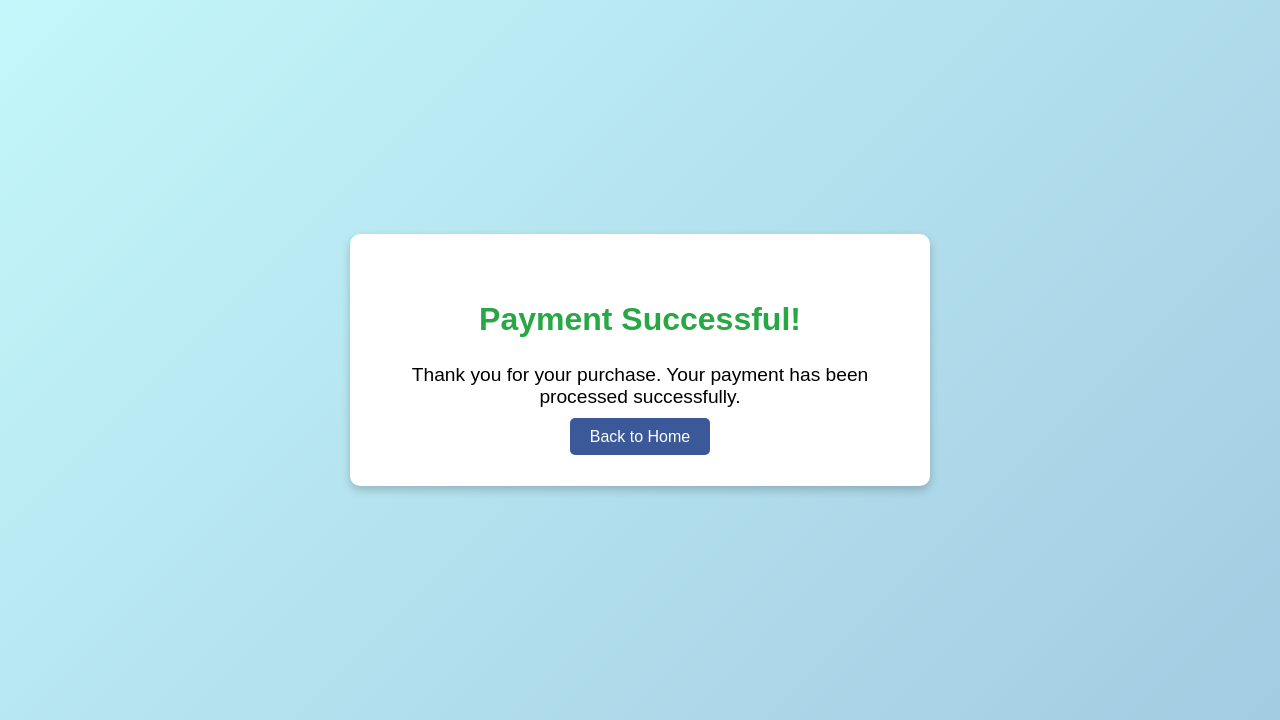
Repository: Masood395/Food-App
Page: http://localhost/FoodApp/paymentConfirmation.jsp
The author's editor kept a copy of each file at every save. The page is drawn from the files as they stood at one save, then again after the next save.
The browser window is 1280 px wide. The pictures show the whole page.
The page is served by Tomcat 9.

Above is the page before, as saved 2024-11-20 08:51:04.

After the next save:
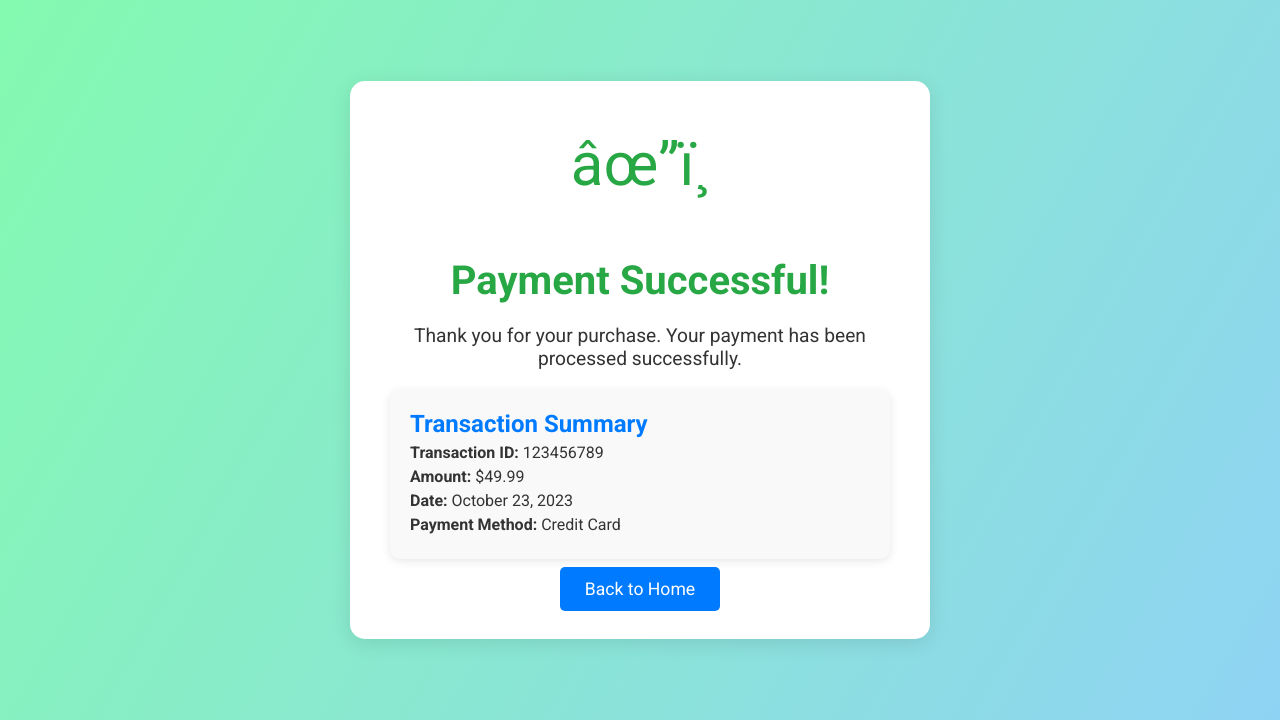
Saved 86 s later.
--- a/FoodApp/src/main/webapp/paymentConfirmation.jsp
+++ b/FoodApp/src/main/webapp/paymentConfirmation.jsp
@@ -3,6 +3,7 @@
 <head>
     <meta charset="UTF-8">
     <title>Payment Confirmation</title>
+    <link href="https://fonts.googleapis.com/css2?family=Roboto:wght@400;700&display=swap" rel="stylesheet">
     <style>
         /* Styling for confirmation page */
         body {
@@ -11,51 +12,118 @@
             align-items: center;
             height: 100vh;
             margin: 0;
-            background: linear-gradient(135deg, #c3f7fa, #a3cbe2);
-            font-family: Arial, sans-serif;
+            background: linear-gradient(120deg, #84fab0, #8fd3f4);
+            font-family: 'Roboto', sans-serif;
+            animation: fadeIn 1s ease-in;
+        }
+
+        @keyframes fadeIn {
+            from { opacity: 0; }
+            to { opacity: 1; }
         }
 
         .confirmation-container {
             background: white;
             padding: 40px;
-            border-radius: 10px;
-            box-shadow: 0 4px 10px rgba(0, 0, 0, 0.2);
+            border-radius: 15px;
+            box-shadow: 0 4px 20px rgba(0, 0, 0, 0.1);
             text-align: center;
             max-width: 500px;
             width: 100%;
+            position: relative;
         }
 
         .confirmation-container h2 {
             color: #28a745;
-            font-size: 2em;
+            font-size: 2.5em;
+            margin-bottom: 10px;
+            animation: slideIn 0.5s ease-in-out;
+        }
+
+        @keyframes slideIn {
+            from { transform: translateY(-20px); opacity: 0; }
+            to { transform: translateY(0); opacity: 1; }
         }
 
         .confirmation-container p {
             font-size: 1.2em;
             margin: 20px 0;
+            color: #333;
+        }
+
+        .success-icon {
+            font-size: 60px;
+            color: #28a745;
+            margin-bottom: 20px;
+        }
+
+        .transaction-summary {
+            background: #f9f9f9;
+            border-radius: 10px;
+            padding: 20px;
+            margin: 20px 0;
+            box-shadow: 0 2px 10px rgba(0, 0, 0, 0.1);
+            text-align: left;
+        }
+
+        .transaction-summary h3 {
+            margin: 0;
+            color: #007bff;
+            font-size: 1.5em;
+        }
+
+        .transaction-summary p {
+            margin: 5px 0;
+            font-size: 1em;
         }
 
         .confirmation-container .back-button {
-            background: #3B5998;
+            background: #007bff;
             color: white;
-            padding: 10px 20px;
+            padding: 12px 25px;
             border: none;
             border-radius: 5px;
             cursor: pointer;
             text-decoration: none;
-            font-size: 1em;
+            font-size: 1.1em;
+            transition: background 0.3s ease;
         }
 
         .confirmation-container .back-button:hover {
-            background: #2e4a83;
+            background: #0056b3;
+        }
+
+        /* Responsive design */
+        @media (max-width: 600px) {
+            .confirmation-container {
+                padding: 20px;
+            }
+
+            .confirmation-container h2 {
+                font-size: 2em;
+            }
+
+            .transaction-summary h3 {
+                font-size: 1.3em;
+            }
         }
     </style>
 </head>
 <body>
 
 <div class="confirmation-container">
+    <div class="success-icon">✔️</div>
     <h2>Payment Successful!</h2>
     <p>Thank you for your purchase. Your payment has been processed successfully.</p>
+
+    <div class="transaction-summary">
+        <h3>Transaction Summary</h3>
+        <p><strong>Transaction ID:</strong> 123456789</p>
+        <p><strong>Amount:</strong> $49.99</p>
+        <p><strong>Date:</strong> October 23, 2023</p>
+        <p><strong>Payment Method:</strong> Credit Card</p>
+    </div>
+
     <a href="home.jsp" class="back-button">Back to Home</a>
 </div>
 
